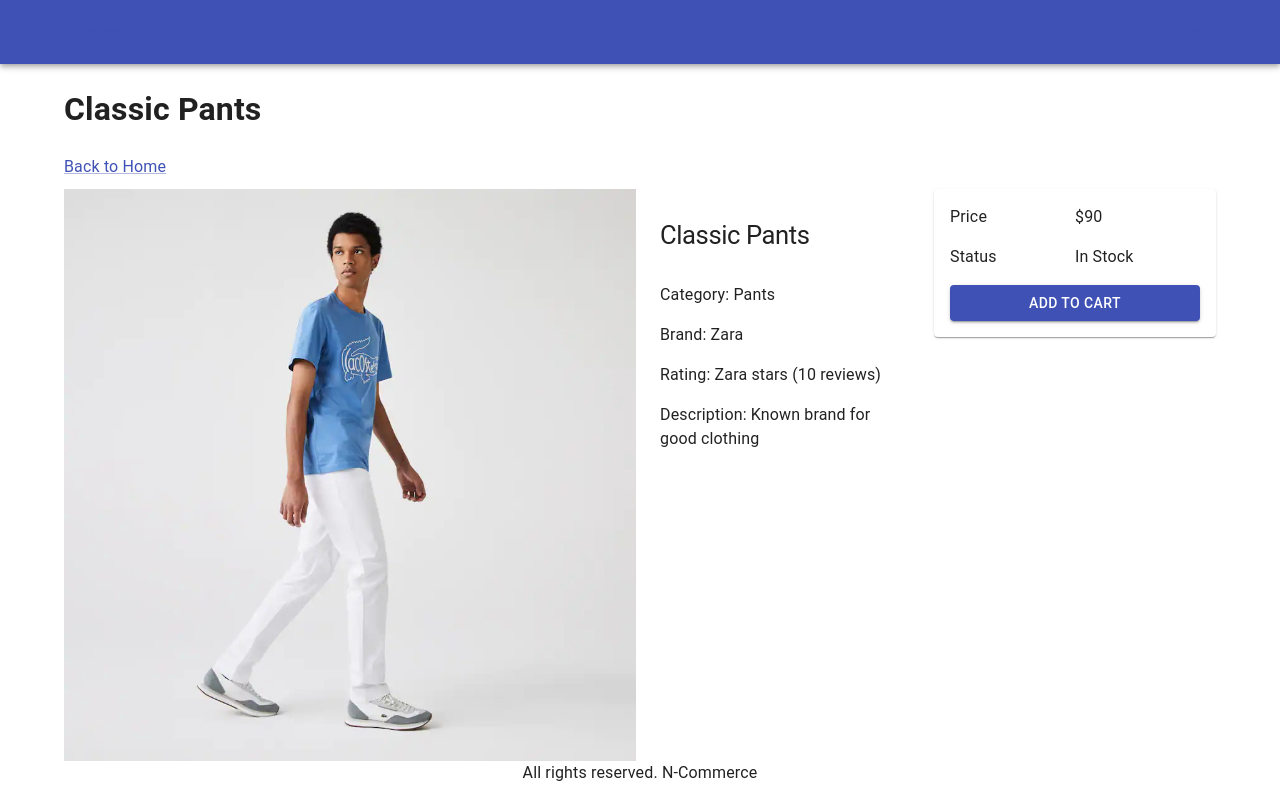
Repository: AK0493/Next-Commerce
Page: /product/classic-pants
An editor plug-in stored every save of this project. The page is shown before and after the next save, followed by the edit.
The browser window is 1280 px wide. The pictures show the whole page.
The project was rebuilt for these pictures with package versions that can differ from the ones it lists, and the page was loaded fresh each time. The framework's server and built-in components were replaced by stand-ins that run in the browser. Also part of the build but not shown: next.config.js.

Above is the page before, as saved 2022-02-07 17:32:49.

### pages/_app.js
import { useEffect } from 'react';
import '../styles/globals.css';

function MyApp({ Component, pageProps }) {
  useEffect(() => {
    const jssStyles = document.querySelector('#jss-server-side');
    if (jssStyles) {
      jssStyles.parentElement.removeChild(jssStyles);
    }
  }, []);
  return <Component {...pageProps} />;
}

export default MyApp;

### pages/product/[slug].js
import { useRouter } from 'next/router';
import React from 'react';
import data from '../../utils/data';
import NextLink from 'next/link';
import {
  Button,
  Card,
  Grid,
  Link,
  List,
  ListItem,
  Typography,
} from '@mui/material';
import Layout from '../../components/Layout';
import useStyles from '../../utils/styles';
import Image from 'next/image';
export default function ProductPage() {
  const classes = useStyles();
  const router = useRouter();
  const { slug } = router.query;
  const product = data.products.find((el) => el.slug === slug);
  if (!product) {
    return (
      <div>
        <h1>Product not Found!</h1>
      </div>
    );
  }
  return (
    <Layout title={product.name} description={product.description}>
      <div className={classes.section}>
        <h1>{product.name}</h1>
        <NextLink href="/" passHref>
          <Link>Back to Home</Link>
        </NextLink>
      </div>
      <Grid container spacing={1}>
        <Grid item md={6} xs={12}>
          <Image
            src={product.image}
            alt={product.name}
            width={640}
            height={640}
            layout="responsive"
          ></Image>
        </Grid>
        <Grid item md={3} xs={12}>
          <List>
            <ListItem>
              <Typography component="h1" variant="h1">
                {product.name}
              </Typography>
            </ListItem>
            <ListItem>
              <Typography>Category: {product.category}</Typography>
            </ListItem>
            <ListItem>
              <Typography>Brand: {product.brand}</Typography>
            </ListItem>
            <ListItem>
              <Typography>
                Rating: {product.brand} stars ({product.numReviews} reviews)
              </Typography>
            </ListItem>
            <ListItem>
              <Typography>Description: {product.description}</Typography>
            </ListItem>
          </List>
        </Grid>
        <Grid item md={3} xs={12}>
          <Card>
            <List>
              <ListItem>
                <Grid container>
                  <Grid item xs={6}>
                    <Typography>Price</Typography>
                  </Grid>
                  <Grid item xs={6}>
                    <Typography>${product.price}</Typography>
                  </Grid>
                </Grid>
              </ListItem>
              <ListItem>
                <Grid container>
                  <Grid item xs={6}>
                    <Typography>Status</Typography>
                  </Grid>
                  <Grid item xs={6}>
                    <Typography>
                      {product.CountInStock > 0 ? 'In Stock' : 'UNavailible'}
                    </Typography>
                  </Grid>
                </Grid>
              </ListItem>
              <ListItem>
                <Button fullWidth variant="contained" color="primary">
                  Add to Cart
                </Button>
              </ListItem>
            </List>
          </Card>
        </Grid>
      </Grid>
    </Layout>
  );
}

### styles/globals.css
html,
body {
  padding: 0;
  margin: 0;
  font-family: -apple-system, BlinkMacSystemFont, Segoe UI, Roboto, Oxygen,
    Ubuntu, Cantarell, Fira Sans, Droid Sans, Helvetica Neue, sans-serif;
}

a {
  color: #fff;
  text-decoration: none;
  cursor: pointer;
}

* {
  box-sizing: border-box;
}

### utils/data.js
const data = {
  products: [
    {
      name: 'Free Shirt',
      slug: 'free-shirt',
      category: 'Shirts',
      image: '/images/shirt1.jpg',
      price: 90,
      brand: 'Nike',
      rating: 4.5,
      numReviews: 10,
      CountInStock: 20,
      description: 'A popular shirt',
    },
    {
      name: 'Fit Shirt',
      slug: 'fit-shirt',
      category: 'Shirt',
      image: '/images/Shirt2.jpg',
      price: 90,
      brand: 'Addidas',
      rating: 4.5,
      numReviews: 10,
      CountInStock: 20,
      description: 'A popular shirt',
    },
    {
      name: 'Slim Shirt',
      slug: 'slim-shirt',
      category: 'Shirts',
      image: '/images/shirt3.jpg',
      price: 70,
      brand: 'Raymond',
      rating: 4.5,
      numReviews: 10,
      CountInStock: 20,
      description: 'A popular shirt',
    },
    {
      name: 'Golf Pants',
      slug: 'golf-pants',
      category: 'Pants',
      image: '/images/pants1.jpg',
      price: 70,
      brand: 'Oliver',
      rating: 4.5,
      numReviews: 10,
      CountInStock: 20,
      description: 'smart looking pants',
    },
    {
      name: 'Fit Pants',
      slug: 'fit-pants',
      category: 'Pants',
      image: '/images/pants2.jpg',
      price: 90,
      brand: 'Zara',
      rating: 4.5,
      numReviews: 10,
      CountInStock: 20,
      description: 'Known brand for good clothing',
    },
    {
      name: 'Classic Pants',
      slug: 'classic-pants',
      category: 'Pants',
      image: '/images/pants3.jpg',
      price: 90,
      brand: 'Zara',
      rating: 4.5,
      numReviews: 10,
      CountInStock: 20,
      description: 'Known brand for good clothing',
    },
  ],
};

export default data;

### components/Layout.js
import {
  AppBar,
  Container,
  createTheme,
  CssBaseline,
  Link,
  Toolbar,
  Typography,
  ThemeProvider,
} from '@mui/material';
import Head from 'next/head';
import React from 'react';
import useStyles from '../utils/styles';
import NextLink from 'next/link';

export default function Layout({ title, description, children }) {
  const theme = createTheme({
    typography: {
      h1: {
        fontSize: '1.6rem',
        fontWeight: 400,
        margin: '1rem 0',
      },
      h2: {
        fontSize: '1.6rem',
        fontWeight: 400,
        margin: '1rem 0',
      },
    },
    palette: {
      type: 'light',
      primary: {
        main: '#3F51B5',
      },
      secondary: {
        main: '#76FF03',
      },
    },
  });

  const classes = useStyles();
  return (
    <div>
      <Head>
        <title>{title ? `${title} - Next-Commerce` : 'Next Commerce'}</title>
        {description && <meta name="description" content={description}></meta>}
      </Head>
      <ThemeProvider theme={theme}>
        <CssBaseline />
        <AppBar position="static" className={classes.navbar}>
          <Toolbar>
            <NextLink href="/">
              <Link>
                <Typography>N-Commerce</Typography>
              </Link>
            </NextLink>
            <div className={classes.grow}></div>
            <div>
              <NextLink href="/cart">
                <Link>Cart </Link>
              </NextLink>
              <NextLink href="/login">
                <Link>Login</Link>
              </NextLink>
            </div>
          </Toolbar>
        </AppBar>
        <Container className={classes.main}>{children}</Container>
        <footer className={classes.footer}>
          <Typography>All rights reserved. N-Commerce</Typography>
        </footer>
      </ThemeProvider>
    </div>
  );
}

### utils/styles.js
import { makeStyles } from '@mui/styles';

const useStyles = makeStyles({
  navbar: {
    backgroundColor: '#203040',
  },
  '& a': {
    color: '#fff',
    marginLeft: '10',
  },
  grow: {
    flexGrow: 1,
  },
  main: {
    minHeight: '80vh',
  },
  section: {
    marginTop: '10px',
    marginBottom: '10px',
  },
  footer: {
    textAlign: 'center',
  },
});
export default useStyles;

After the next save:
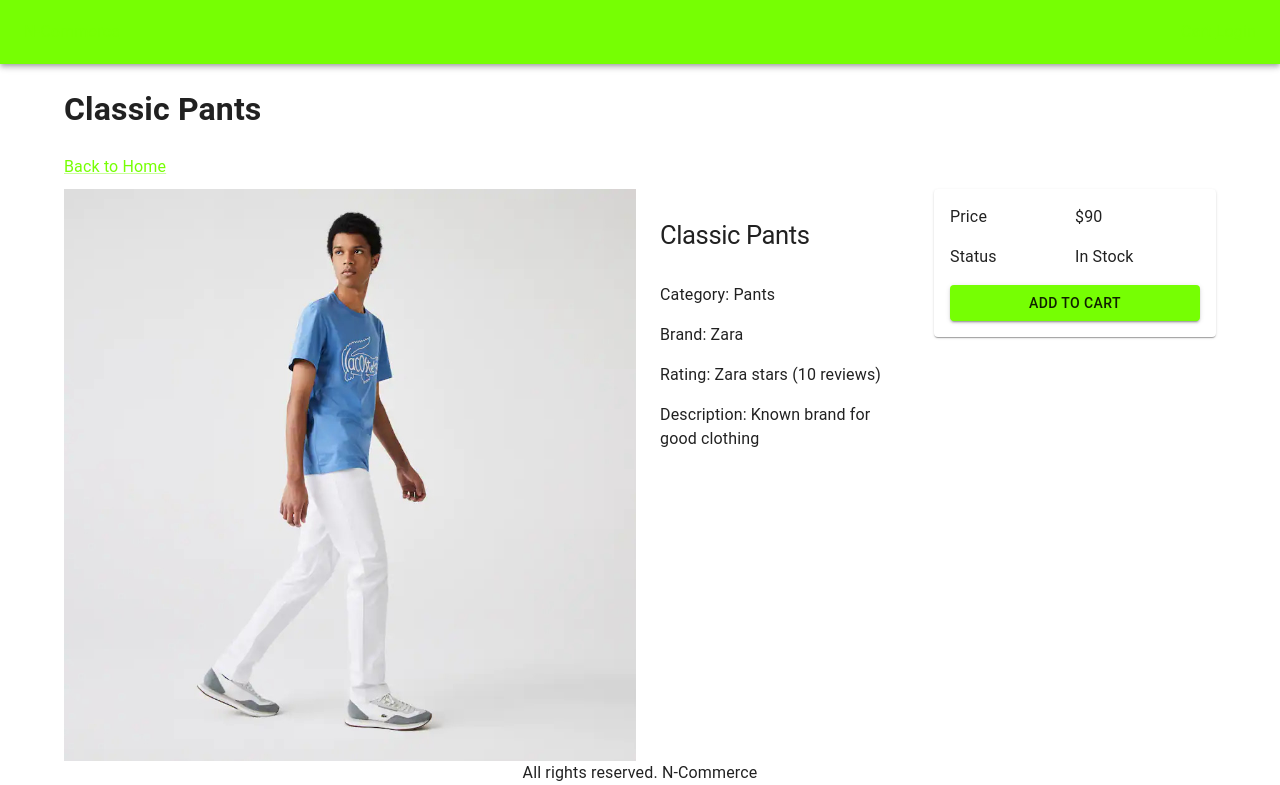
Saved 30 s later.
--- a/components/Layout.js
+++ b/components/Layout.js
@@ -30,7 +30,7 @@
     palette: {
       type: 'light',
       primary: {
-        main: '#3F51B5',
+        main: '#76FF03',
       },
       secondary: {
         main: '#76FF03',

After the save that followed:
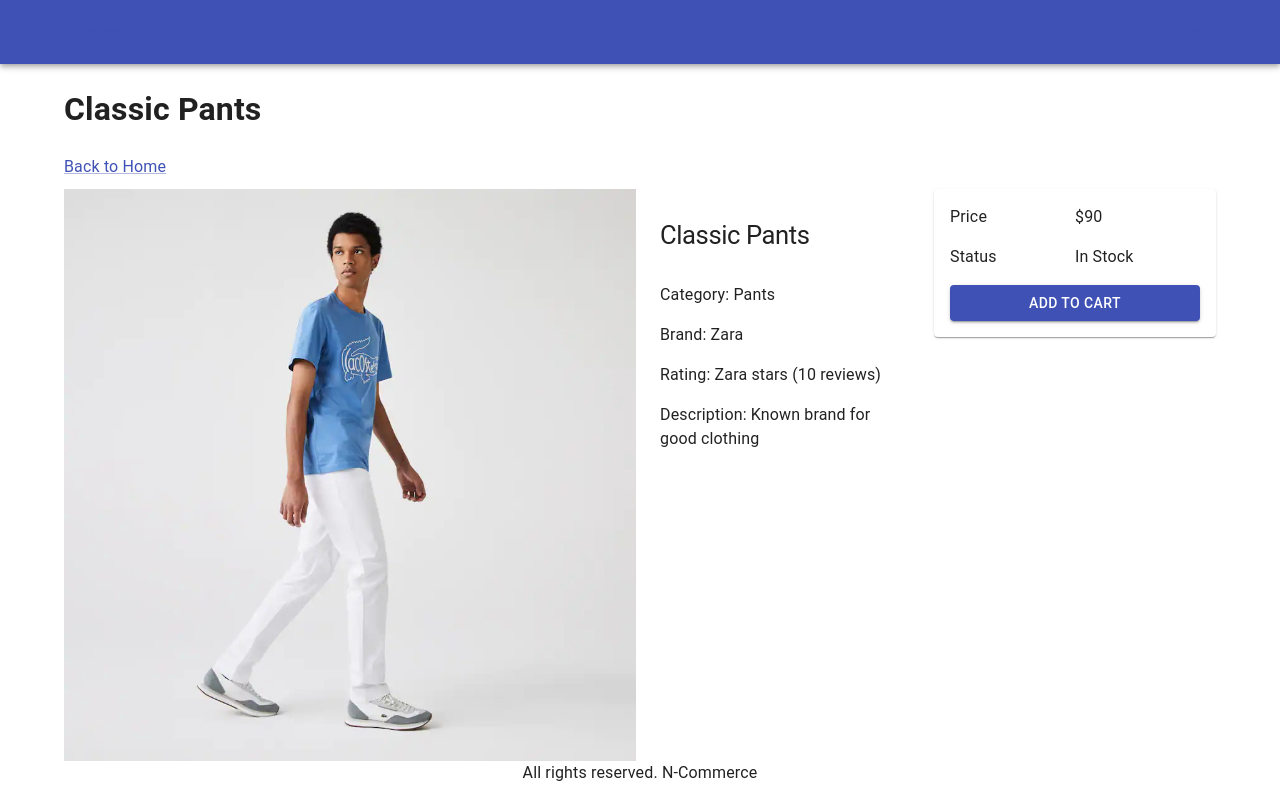
Saved 25 s later.
--- a/components/Layout.js
+++ b/components/Layout.js
@@ -30,7 +30,7 @@
     palette: {
       type: 'light',
       primary: {
-        main: '#76FF03',
+        main: '#3F51B5',
       },
       secondary: {
         main: '#76FF03',
